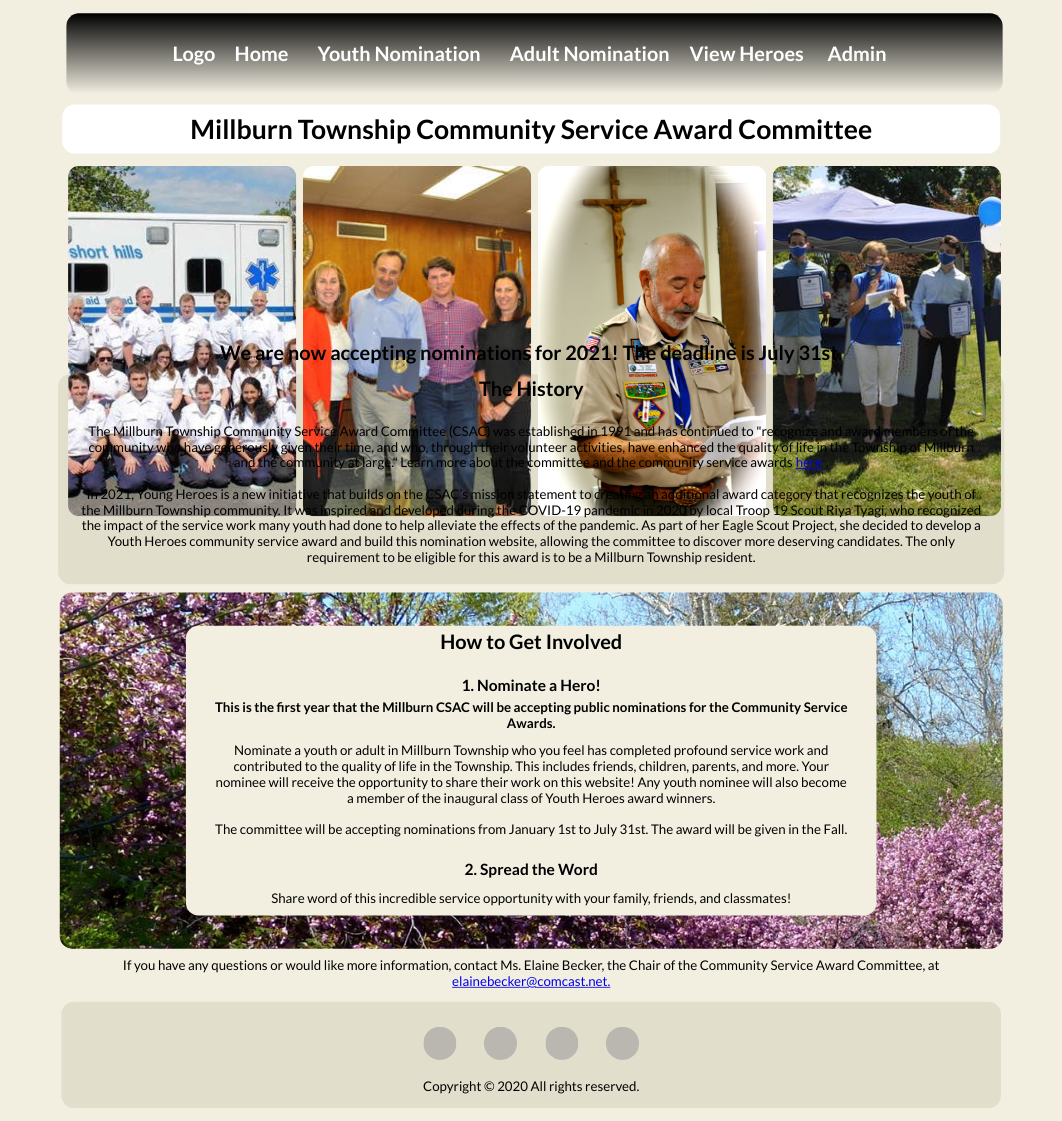
Repository: Centrattic/Young-Heroes-Website
Page: http://localhost/Frontend/home.php
An editor plug-in stored every save of this project. The page is shown before and after the next save, followed by the edit.
The browser window is 1280 px wide. The pictures show the whole page, at 83% of full size.
Pictures or frames that could not be fetched are drawn as grey boxes. The page is run by PHP 8.4 with error messages shown; the project is at /var/www/html/.

Above is the page before, as saved 2020-12-09 15:38:15.

### Eagle Project/Frontend/home.php
<?php
require '../Backend/functions.php';
require '../Backend/dbhconnect.php';
?>

<html>
  <head>
    <link href="https://fonts.googleapis.com/css2?family=Lato:ital,wght@0,400;0,700;1,300;1,400&display=swap" rel="stylesheet">
    <link href="../CSS/home.css" rel="stylesheet" type="text/css" />

    <link rel = "stylesheet" href = "../CSS/navbar.css">
  </head>

  <body>


  <?php
      navbar();
    ?>

    <!--<h4> This website is affiliated with the Millburn Township Community Service Award Committee. </h4> -->
    <!--Banner/Header : history of CSAC , Ok describe that on website ::: incorporate thios is new initative but builds on previous initiative, came up on time of COVID, instead of "THE IMPORTANCE OF RECOGNIING YOUTH VOLUNTEERS -->
    <!-- Delete Mission Statement - JUst describe CSAC Iniative  ======================= OUR HISTORY, with the onset of COVID -- do this....

    Community Service Award OverView and Now YOUNG HEROES

    ALL NEEDED IS TO BE A MILLBURN TOWNSHIP RESIDENTs-->

    <h1 id = "homepagetitle"> Millburn Township Community Service Award Committee </h1>

    <div id = "homepicgrid">
      <div>
        <img src = "../Images/itsquad.jpg">
      </div>
      <div>
        <img src = "../Images/millburncsac.jpg">
      </div>
      <div>
        <img src = "../Images/fineran.jpg">
      </div>
      <div>
        <img src = "../Images/millburnhome.jpg">
      </div>
    </div>




    <h2> We are now accepting nominations for 2021! The deadline is July 31st. </h2>

    <!--<div id = "hometextgrid">
      <div>
        <h2> The Importance of Recognizing Youth Volunteers </h2>
        <p>Today’s youth are taking charge of environmental and social reforms,
          and they deserve credit and appreciation where it’s due. Up to 55% of youth
          actively participate in service, be it through school or other organizations, but they
          have gone severely underrepresented of late. By commending their efforts, more youth will be
          inspired to volunteer their time towards the community and the nation as a whole. Youth Service
          America reminds us that adolescent brains in particular offer creative solutions to problems,
          unaffected and unaware to the nonanswers common of some, older brains. They provide fresh outlooks
          and ideas that would otherwise go unthought of. Youth service is mutually beneficial to both the
          community and the youth in question; it has also been shown to improve success in the workforce
          and academics in later life with early leadership foundations, as well as fostering positive
          development traits and cosmopolitan mindsets. Some youth lack the incentive -the drive- to
          go out and make a difference, which is why it is vital for them to have an outlet of support and recognition.  </p>
      </div>
      <div>
        <h2> Our Mission Statement </h2>
        <p> The mission of the Young Heroes is to recognize Millburn/Short Hills youth for their contributions,
          to promote community service and good citizenship, to positively impact the community, and to
          give hope and inspiration to others, especially during difficult times such as COVID-19.
          This will be accomplished through a nomination process, verification, parental approval, and
          a final posting to the Millburn Township Young Heroes webpage. The posts will summarize the Young hero’s work
           and qualify them for an annual award given to the two heroes (and runners-ups) who demonstrate the most profound
          service and dedication to the Township, specific cause, and/or the community as a whole.
        </p>
      </div>
    </div>

    and who, through their volunteer activities, have enhanced the quality of life in the Township of Millburn
        and the community at large.”

    -->

    <div id = "CSAChistory">
      <h2> The History </h2> <br>
      <p> The Millburn Township Community Service Award Committee (CSAC) was established in 1991 and has continued to "recognize and award members of the community who have
        generously given their time, and who, through their volunteer activities, have enhanced the quality of life in the Township of Millburn and the community at large."
        Learn more about the committee and the community service awards<a href = "https://twp.millburn.nj.us/188/Community-Service-Award-Committee">here</a>.
        <br> <br>In 2021, Young Heroes is a new initiative that builds on the CSAC’s mission statement to creating an additional award category that recognizes the youth of the Millburn Township community.
         It was inspired and developed during the COVID-19 pandemic in 2020 by local Troop 19 Scout Riya Tyagi, who recognized the impact of the service work many youth had done to help alleviate
        the effects of the pandemic. As part of her Eagle Scout Project, she decided to develop a Youth Heroes community service award and build this nomination website,
        allowing the committee to discover more deserving candidates. The only requirement to be eligible for this award is to be a Millburn Township resident.
      </p>
    </div>

    <div id = "getinvolved">
          <div id = "nominateahero">
            <h2> How to Get Involved</h2>
            <br>
              <h3> 1. Nominate a Hero!</h3>
              <h4> This is the first year that the Millburn CSAC will be accepting public nominations for the Community Service Awards.</h4>
                <p> Nominate a youth or adult in Millburn Township who you feel has completed profound service work and contributed to the quality of life in the Township.
                This includes friends, children, parents, and more. Your nominee will receive the opportunity to share their work on this website! Any youth nominee will also
                become a member of the inaugural class of Youth Heroes award winners. <br><br>
                The committee will be accepting nominations from January 1st to July 31st. The award will be given in the Fall.<p>
               <h3>  2. Spread the Word </h3> <p>Share word of this incredible service opportunity with your family, friends, and classmates!</p>
               <!--<h3> 3. <a href = "https://forms.gle/pbJxUtVEzWF9bCSh6"> Volunteer </a></h3>  <p> Millburn Township Young Heroes is an Eagle Scout Project by Riya Tyagi of Troop 19. Volunteer to help her out! </p> -->
               <!-- <h3> 4.<a href = "https://gf.me/u/y3cpyf">Donate</a> </h3> <p> Donate to recognize heroes and their causes. We are very grateful for all donations. All money received will be used to purchase bronze
                  plaques to recognize winners of the awards and to handle the costs of advertising and creating a website. Any extra funds will be donated to the CSAC for future use.</li>
                </p>  -- Put this in explanation of Project --- part of narrative, footer  NICE -->
            </div>
    </div>

      <!--<div id = "impact">
        <h2> Our Impact</h2>
        <h3> ____ Youth Heroes Recognized </h3>
        <h3> ____ Adult Heroes Recognized </h3>
        <h3> ____ Awards Given</h3>
      </div>-->

    <h4 style = "width: 80%; margin: 0 auto;"> </h4>

    <p> If you have any questions or would like more information, contact Ms. Elaine Becker, the Chair of the Community Service Award Committee, at <a href = "mailto:elainebecker@comcast.net"> elainebecker@comcast.net.</a></p>

    <div id = "socialmedia">
        <footer id="colophon" class="site-footer" role="contentinfo">
      <div class="social-wrapper">
        <ul>
          <li>
            <a href="#" target="_blank">
              <img src="https://cdn1.iconfinder.com/data/icons/logotypes/32/twitter-128.png" alt="Twitter Logo" class="twitter-icon"></a>
          </li>
          <li>
            <a href="#" target="_blank">
              <img src="https://www.mchenryvillage.com/images/instagram-icon.png" alt="Instagram Logo" class="instagram-icon"></a>
          </li>
          <li>
            <a href="#" target="_blank">
              <img src="https://content.linkedin.com/content/dam/me/business/en-us/amp/brand-site/v2/bg/LI-Bug.svg.original.svg" alt="Linkedin Logo" class="linkedin-icon"></a>
          </li>
          <li>
            <a href="#" target="_blank">
              <img src="http://www.iconarchive.com/download/i54037/danleech/simple/facebook.ico" alt="Facebook Logo" class="facebook-icon"></a>
          </li>

        </ul>
      </div>

      <nav class="footer-nav" role="navigation">
        <p>Copyright &copy;
          <?php echo date("Y"); ?> All rights reserved.</p>
      </nav>
    </footer>
    <!-- #colophon -->
    </div>





</body>
</html>

### Eagle Project/Backend/dbhconnect.php
<?php
  $servername = "localhost";
  $dbUsername = "root";
  $dbPassword = "";
  $dbName = "young_heroes";

  //connecting to database
  $connection = new mysqli($servername, $dbUsername, $dbPassword, $dbName);

  //error message if connection fails
  if(!$connection){
    die("Connection failed: ".mysqli_connect_error());
  }
?>

### Eagle Project/CSS/home.css
* {
    text-align: center;
    padding: 2px;
    margin: 2px;
    font-family: 'Lato', sans-serif;
    border-radius: 15px;

}

body {
    background-color: #F2EFE1;

}

#homepicgrid {
    display: grid;
    width: auto;
    height: 30%;

    grid-template-columns: auto auto auto auto;
    grid-template-rows: auto;
}

#homepicgrid img {
    height: 100%;
    object-fit: cover;
    width: 100%;
}


#homepagetitle {
    font-size: 2em;
    width: auto;
    background-color: white;
    padding: 10px;
    margin: 5px;
}



#hometextgrid {
    display: grid;
    width: auto;
    margin: 0 auto;
    grid-template-columns: auto auto auto;
    grid-template-rows: auto auto;
}

#hometextgrid div {
    background-color: #E2DECC;
    padding: 20px;
}


#CSAChistory {
    background-color: #E2DECC;
    padding: 20px;
    padding-top: 0;
    margin: 10px 0;
}
#impact {
    background-color: white;
    width: 35%;
    margin: 2% auto;
    border: 10px solid transparent;
    border-image: url("../Images/borderhome.jpg") 30 round !important;
}

#impact h3 {
    margin: 15%;
}


#getinvolved {
    background-image: url("../Images/millburnblossoms.jpg");
    height: 60%;
    display: flex;
    align-items: center;
    justify-content: center;
}

#nominateahero {
    width: 70%;
    padding: 0 20px;
    background-color:  #F2EFE1;
}

#getinvolved p {
    margin: 10px;
}

button {
    font-size: 1em;
}



.site-footer {
    background-color: #E2DECC;
      text-align: center;
      margin: 10px 0;
      padding: 10px 0;
  }

  #social-wrapper {
      text-align: center;
  }

  /*Social Media Icons*/
  .social-wrapper {
      text-align: center;
  }

  .social-wrapper ul li {
      display: inline;
      margin: 0 5px;
  }

  .twitter-icon,
  .facebook-icon,
  .instagram-icon,
  .linkedin-icon,
  .googleplus-icon,
  .youtube-icon,
  .foursquare-icon{
      margin-top: .625em;
      width: 40px;
      height: 40px;
      opacity: .6;
      filter: alpha(opacity=60); /* For IE8 and earlier */
    border-radius: 25px;
  }

  .twitter-icon:hover,
  .facebook-icon:hover,
  .instagram-icon:hover,
  .linkedin-icon:hover,
  .googleplus-icon:hover,
  .youtube-icon:hover,
  .foursquare-icon:hover {
      opacity: 1.0;
      filter: alpha(opacity=100); /* For IE8 and earlier */
  }

  .footer-nav p {
      text-align: center;
  }

### Eagle Project/CSS/navbar.css
* {
    text-align: center;
    font-family: 'Lato', sans-serif;
}

body {
    background-color: #F2EFE1;
}


.menu-area li{
    display: inline;
    color: white;
    font-weight: bold;
    font-size: 1.5em;
    padding-bottom: 10px;
}

.menu-area .non-dropdown a{
    display: inline-block;
    padding: 30px 10px;
    text-decoration: none;
    color: white;
    box-sizing: border-box;

}

.menu-area .nav-dropdown .dropdown-content li a{
    display: inline-block;
    text-align: center;
    padding: 14px 16px;
    text-decoration: none;
}

.menu-area {
    width: 100%;
    background-image: linear-gradient(black, #F2EFE1);
    overflow: hidden;
    border-radius: 15px;
}

.menu-area .non-dropdown:hover{
    border-radius: 0px;
    border-bottom: 10px solid aliceblue;

}

.menu-area li a {
    box-sizing: border-box;
}

.nav-dropbtn {
    text-decoration: none;
    color: white;
}

/*FIX THIS LATER*/


#logout {
    all: unset;
}

body {
    margin: 0 5%;
}

/* ------------------*/



li.nav-dropdown {
    display: inline-block;
}

.dropdown-content {
    display: none;
    position: absolute;
    background-color: #f9f9f9;
    min-width: 150px;
    box-shadow: 0px 8px 16px 0px rgba(0,0,0,0.2);
    z-index: 1;

}

.dropdown-content a {
    color: black;
    padding: 12px 16px;
    text-decoration: none;
    display: block;
    font-size: .9em;
    text-align: left;
}


.dropdown-content a:hover {
    background-color: #f1f1f1;
}


.nav-dropdown:hover .dropdown-content {
    display: block;
    border-radius: 0px;
}

Loaded but not shown: Eagle Project/Backend/functions.php (995 lines, source omitted)

After the next save:
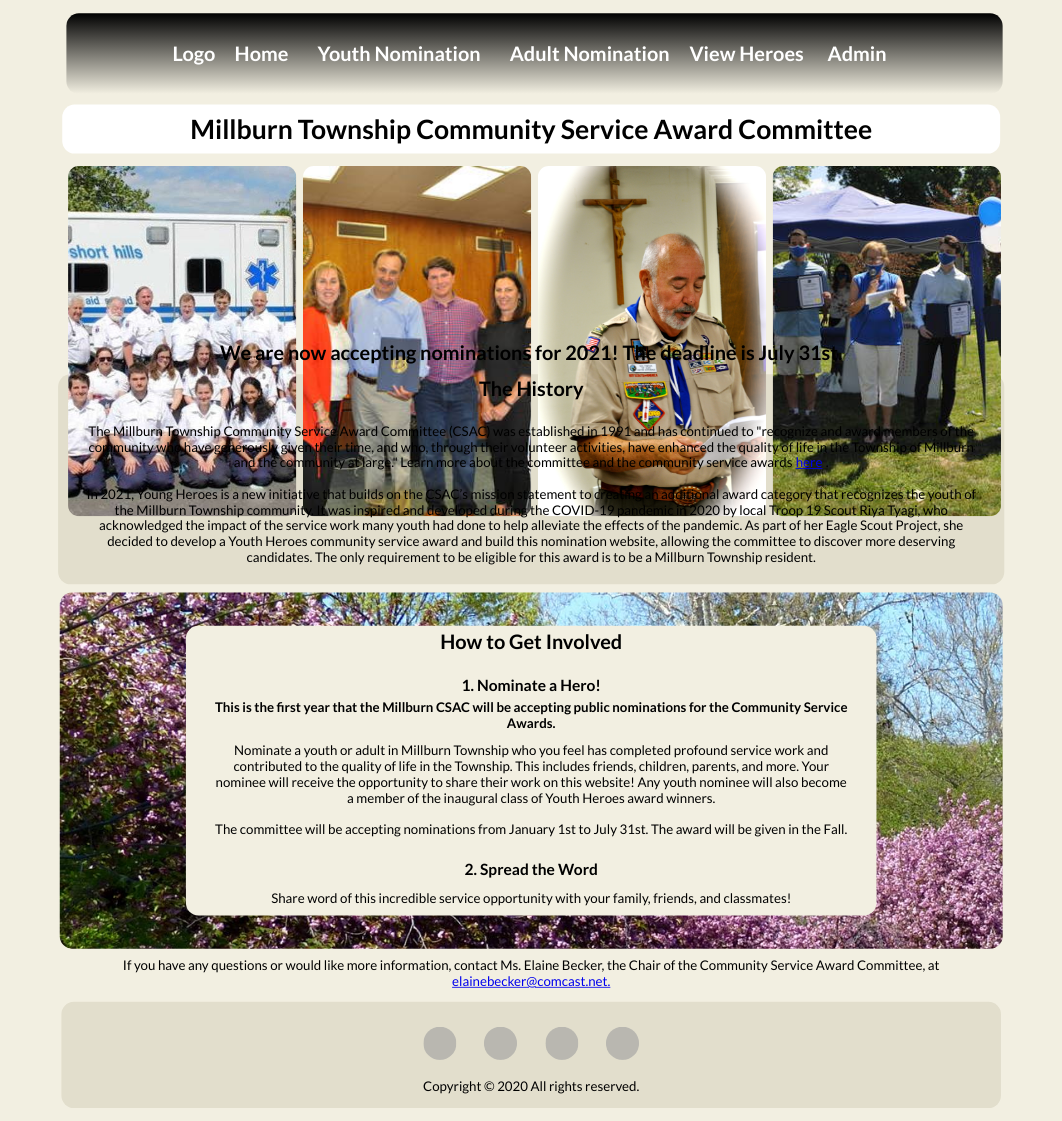
Saved 23 s later.
--- a/Eagle Project/Frontend/home.php
+++ b/Eagle Project/Frontend/home.php
@@ -88,7 +88,7 @@ require '../Backend/dbhconnect.php';
         generously given their time, and who, through their volunteer activities, have enhanced the quality of life in the Township of Millburn and the community at large."
         Learn more about the committee and the community service awards<a href = "https://twp.millburn.nj.us/188/Community-Service-Award-Committee">here</a>.
         <br> <br>In 2021, Young Heroes is a new initiative that builds on the CSAC’s mission statement to creating an additional award category that recognizes the youth of the Millburn Township community.
-         It was inspired and developed during the COVID-19 pandemic in 2020 by local Troop 19 Scout Riya Tyagi, who recognized the impact of the service work many youth had done to help alleviate
+         It was inspired and developed during the COVID-19 pandemic in 2020 by local Troop 19 Scout Riya Tyagi, who acknowledged the impact of the service work many youth had done to help alleviate
         the effects of the pandemic. As part of her Eagle Scout Project, she decided to develop a Youth Heroes community service award and build this nomination website,
         allowing the committee to discover more deserving candidates. The only requirement to be eligible for this award is to be a Millburn Township resident.
       </p>
